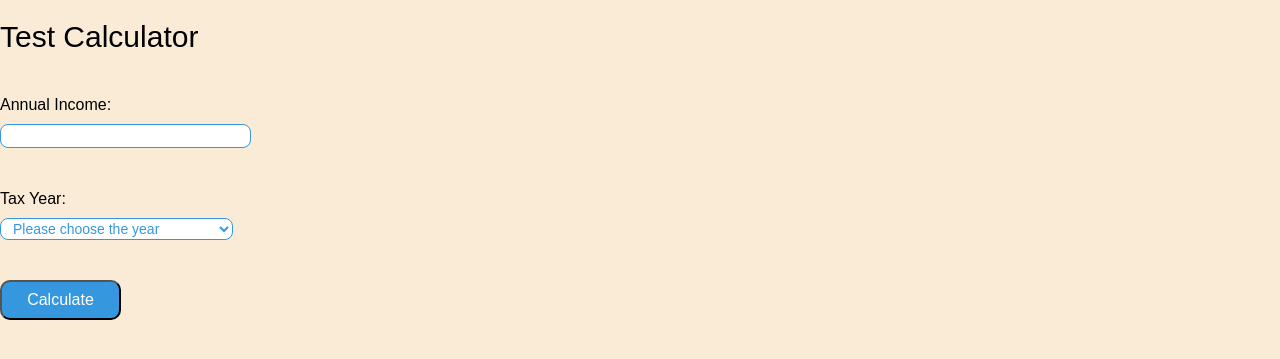
Repository: jbpadilha/taxcalculator
Page: /
The author's editor kept a copy of each file at every save. The page is drawn from the files as they stood at one save, then again after the next save.
The browser window is 1280 px wide. The pictures show the whole page.
The project was rebuilt for these pictures with package versions that can differ from the ones it lists, and the page was loaded fresh each time.

Above is the page before, as saved 2023-06-17 21:27:12.

### src/index.css
body {
  background-color: #FAEBD7;
  margin: 0;
  font-family: -apple-system, BlinkMacSystemFont, 'Segoe UI', 'Roboto', 'Oxygen',
    'Ubuntu', 'Cantarell', 'Fira Sans', 'Droid Sans', 'Helvetica Neue',
    sans-serif;
  -webkit-font-smoothing: antialiased;
  -moz-osx-font-smoothing: grayscale;
}

code {
  font-family: source-code-pro, Menlo, Monaco, Consolas, 'Courier New',
    monospace;
}

### src/App.tsx
import React from 'react';
import RoutesComponent from './components/RouteComponent';

const App = () => {
  return (
    <div>
      <header>
      </header>
      <main>
        <RoutesComponent />
      </main>
      <footer>
        <div></div>
      </footer>
    </div>
  );
}

export default App;

### src/components/RouteComponent.tsx
import React from 'react';
import { BrowserRouter as Router, Route, Routes } from 'react-router-dom';

const Main = React.lazy(() => import('./Main'));
const ResultTax = React.lazy(() => import('./ResultTax'));

const RoutesComponent = () => {
    return (
        <Router>
            <Routes>
                <Route path={"/"} element={<Main />} />
                <Route path={"/results"} element={<ResultTax />} />
                <Route path="*" element={<Main />} />
            </Routes>
        </Router>
    );
}

export default RoutesComponent;

### src/components/Main.tsx
import React from 'react';
import { years } from '../config/constants';

const styles = {
    content: {
        marginTop: 20,
        minHeight: 200,
    },
    title: {
        margin: 'auto',
        marginTop: 20,
        fontFamily: 'Arial',
        fontSize: 30,
        color: '#000000',
        textDecoration: 'none solid rgb(0, 0, 0)',
    },
    contentInput: {
        marginTop: 40,
    },
    marginInput: {
        marginTop: 10,
    },
    titleInput: {
        paddingTop: 10,
        width: 111,
        height: 18,
        fontFamily: 'Arial',
        fontSize: 16,
        color: '#000000',
        textSecoration: 'none solid rgb(0, 0, 0)',
    },
    input: {
        width: 233,
        height: 22,
        padding: '0px 8px',
        border: '1px solid #3598de',
        borderRadius: 8,
        backgroundColor: '#ffffff',
        backgroundSize: 'cover',
        fontFamily: 'Arial',
        fontSize: 14,
        color: '#3598de',
        textDecoration: 'none solid rgb(53, 152, 222)'
    },
    button: {
        width: 121,
        height: 40,
        borderRadius: 10,
        backgroundColor: '#3598de',
        backgroundSize: 'cover',
        fontFamily: 'Arial',
        fontSize: 16,
        color: '#ffffff',
        textDecoration: 'none solid rgb(255, 255, 255)',
    },
};

const Main = () => {

    const calculate = () => {};

    return (
        <div style={styles.content}>
            <div style={styles.title}>Test Calculator</div>
            <div style={styles.content}>
                <div style={styles.contentInput}>
                    <div>
                        <label htmlFor='income' style={styles.titleInput}>Annual Income:</label>
                    </div>
                    <div style={styles.marginInput}>
                        <input style={styles.input} type="text" id="income" name="income" />
                    </div>
                </div>
                <div style={styles.contentInput}>
                    <div>
                        <label htmlFor='taxYear' style={styles.titleInput}>Tax Year:</label>
                    </div>
                    <div style={styles.marginInput}>
                    <select onChange={()=>{}} style={styles.input} id="taxYear" name="taxYear">
                        <option>Please choose the year</option>
                        {Array.from(years.entries()).map((entry) => {
                            const [key, value ] = entry;
                            return (<option key={key} >
                                {value}
                            </option>);
                        })}
                    </select>
                    </div>
                </div>
                <div style={styles.contentInput}>
                    <button style={styles.button} onClick={calculate}>Calculate</button>
                </div>
            </div>
        </div>
    );
}

export default Main;

### src/config/constants.ts
export const years = new Map<string, string>();
years.set('2019', '2019');
years.set('2020', '2020');
years.set('2021', '2021');
years.set('2022', '2022');

Loaded but not shown: public/index.html (common file); src/index.tsx (common file); src/reportWebVitals.ts (common file)

After the next save:
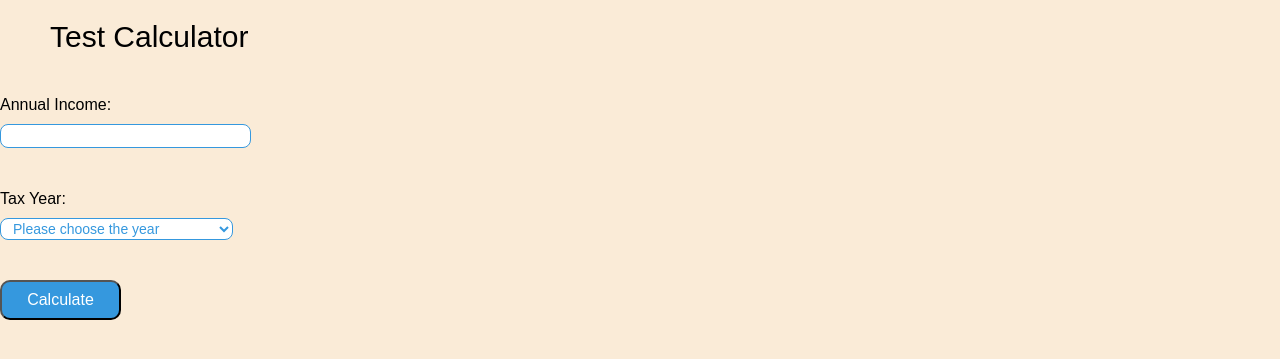
Saved 22 s later.
--- a/src/components/Main.tsx
+++ b/src/components/Main.tsx
@@ -7,7 +7,7 @@ const styles = {
         minHeight: 200,
     },
     title: {
-        margin: 'auto',
+        paddingLeft: 50,
         marginTop: 20,
         fontFamily: 'Arial',
         fontSize: 30,
